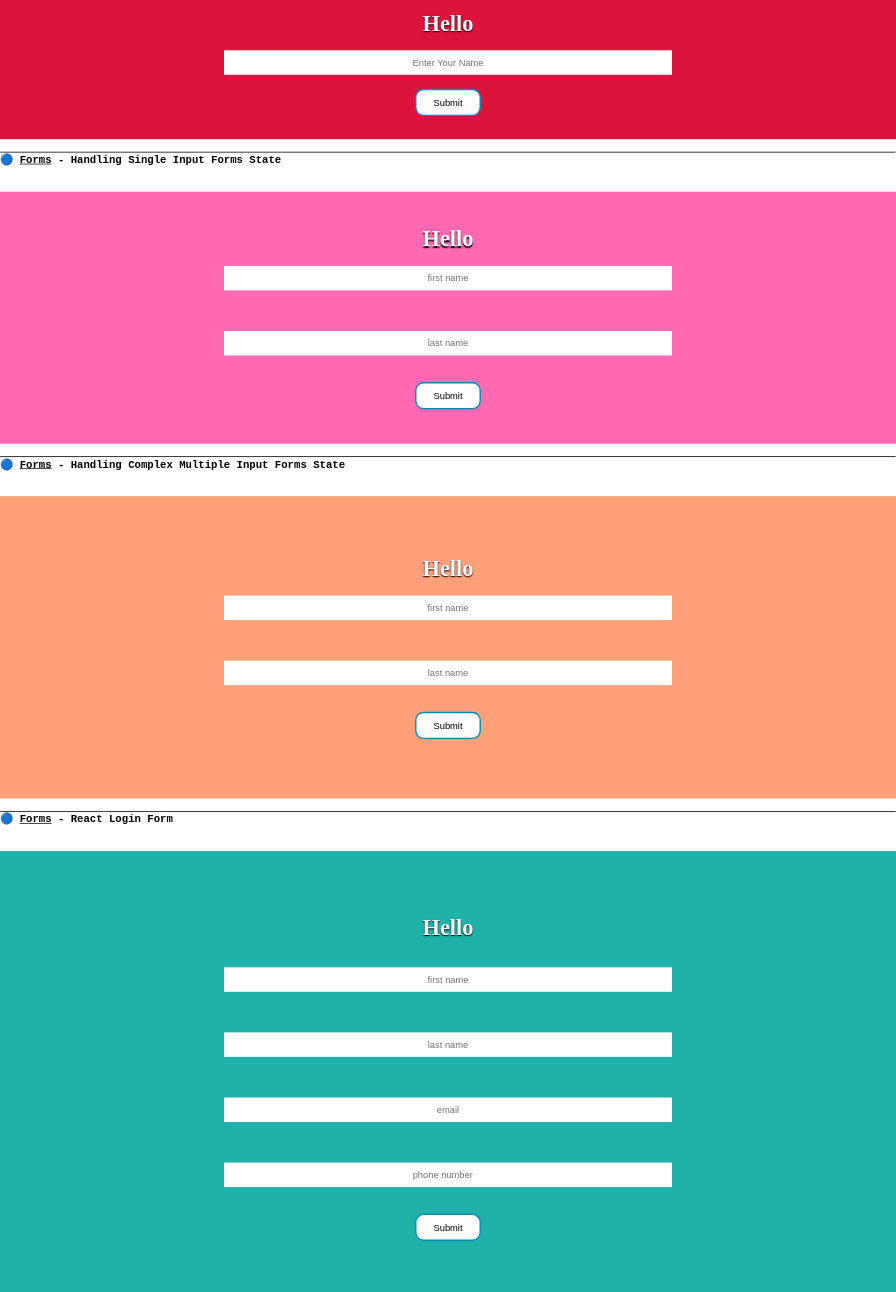
Repository: AalokJadhav/Being_ReactJS
Page: /
An editor plug-in stored every save of this project. The page is shown before and after the next save, followed by the edit.
The browser window is 1280 px wide. The pictures show the part of the page from y = 4347 to 6267 px (the page is 6193 px tall before and 6267 px after), at 70% of full size.
Some web fonts or font styles are not loaded; a fallback is used. The project was rebuilt for these pictures with package versions that can differ from the ones it lists, and the page was loaded fresh each time.

Above is the page before, as saved 2021-10-29 10:41:50.

After the next save:
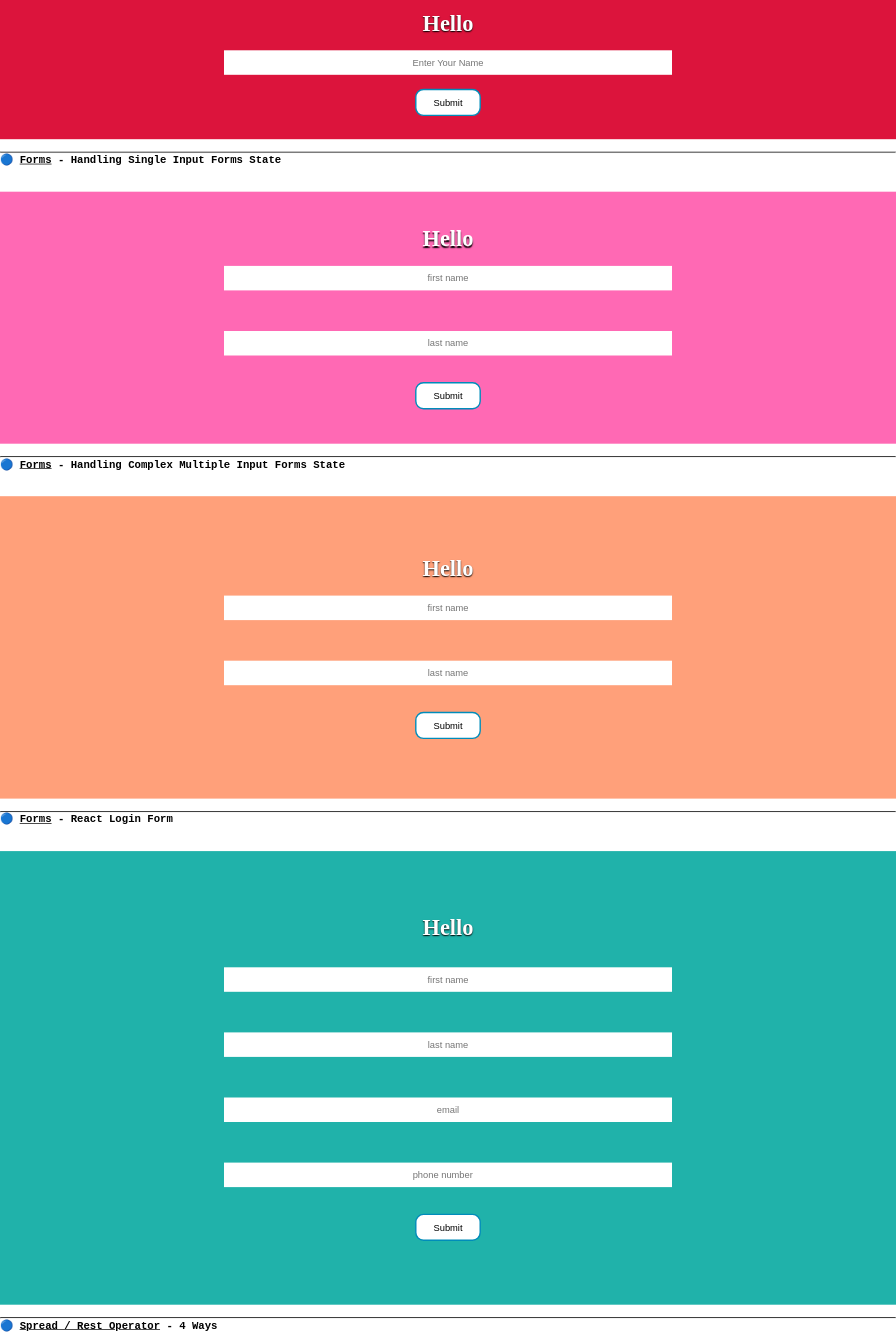
Saved 1 s later.
--- a/src/App.js
+++ b/src/App.js
@@ -21,6 +21,7 @@ import Forms from "./Forms";
 import SingleInput from './SingleInput';
 import MultipleInput from "./MultipleInput";
 import LoginForm from "./LoginForm";
+import SpreadOpertor from "./SpreadOperator";
 
 
 function App() {
@@ -47,6 +48,7 @@ function App() {
       <SingleInput />
       <MultipleInput />
       <LoginForm />
+      <SpreadOpertor />
     </>
   );
 }
